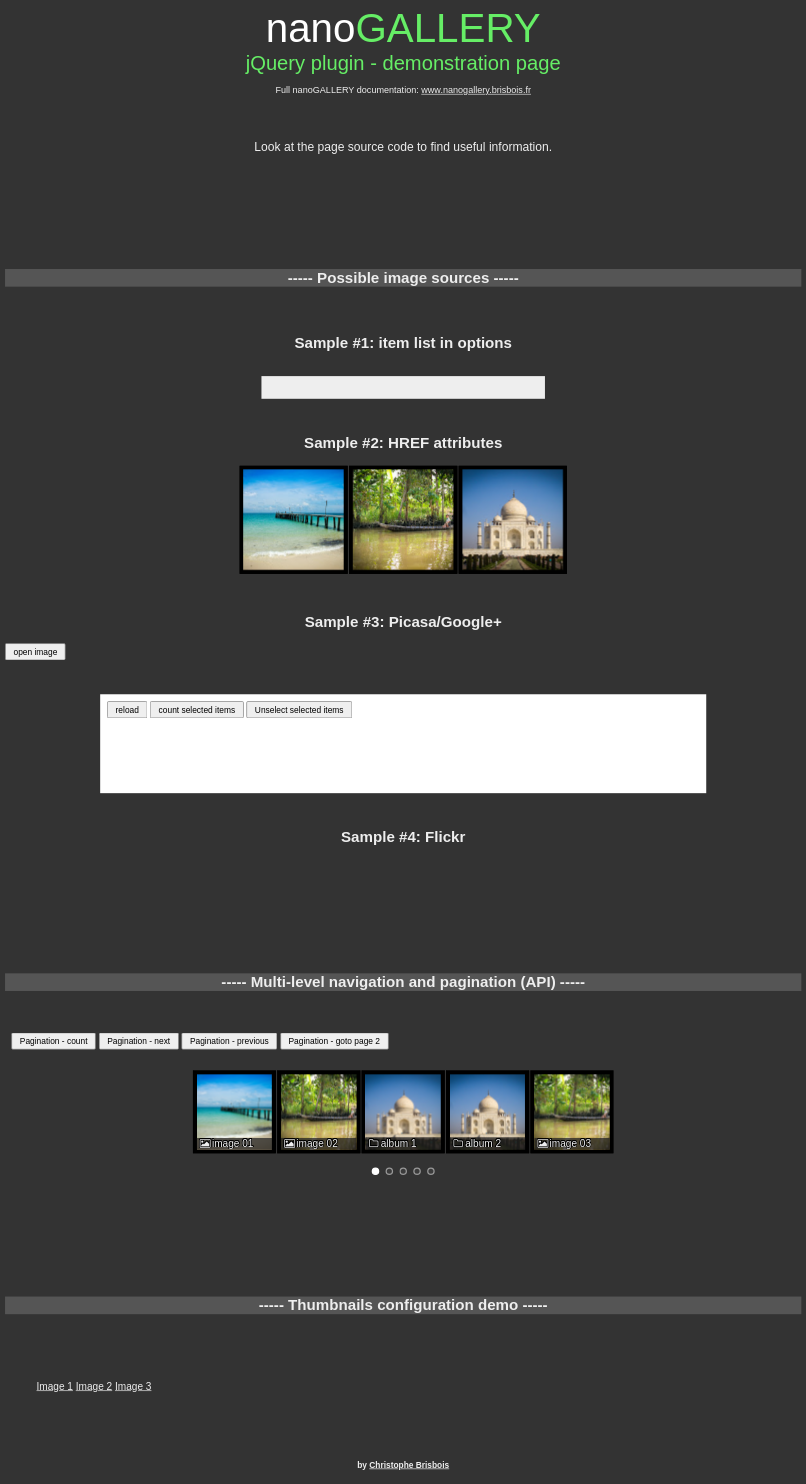
Repository: youwin1234/workspace
Page: nanoGALLERY-5.9.1/demonstration.1.html
The author's editor kept a record of every edit. The page is drawn from the files as they stood at one moment, then again after the next edit.
The browser window is 1280 px wide. The pictures show the whole page, at 63% of full size.

Above is the page before.
Console error: TypeError: jQuery(...).nanoGalleryDemo is not a function

### nanoGALLERY-5.9.1/demonstration.1.html
<!DOCTYPE html PUBLIC "-//W3C//DTD XHTML 1.0 Strict//EN" "http://www.w3.org/TR/xhtml1/DTD/xhtml1-strict.dtd">
<html>

<head>
  <title>nanoGALLERY</title>
	<style>
		* {font-family: sans-serif; color:#fff;}
		a, h1, h2, h3, h4, h5 {text-align:center; color:#eee;}
		body {background:#333;}
	</style>



  <!-- nanoGALLERY                                                                                                          -->
  <!-- Plugin for jQuery by Christophe Brisbois                                                                             -->
  <!-- Demo & doc: http://nanogallery.brisbois.fr                                                                           -->
  <!-- Sources: https://github.com/Kris-B/nanoGALLERY                                                                       -->
  <!-- License: For personal, non-profit organizations, or open source projects, you may use nanoGALLERY for free.          -->
  <!-- -------- ALL OTHER USES REQUIRE THE PURCHASE OF A PROFESSIONAL LICENSE.                                              -->


  <!-- #################################################################################################################### -->
  <!-- jQuery                                                                                                               -->
  <!--                                                                                                                      -->
  <script type="text/javascript" src="third.party/jquery-1.7.1.min.js"></script>
  <!-- <script src="http://ajax.googleapis.com/ajax/libs/jquery/1.7.1/jquery.min.js"></script>  -->
  <!-- <script src="http://ajax.googleapis.com/ajax/libs/jquery/2.1.1/jquery.min.js"></script>  -->
  <!-- #################################################################################################################### -->


  <!-- #################################################################################################################### -->
  <!-- nanoGALLERY CSS files                                                                                                -->
  <!-- only include the css file corresponding to the selected theme                                                        -->
  <!-- include 'nanogallery.css' if no theme is specified                                                                   -->
  <!--                                                                                                                      -->
	<!-- nanoGALLERY - default theme css file                                                                                 -->
	<link href="css/nanogallery.css" rel="stylesheet" type="text/css">

  <!-- #################################################################################################################### -->

  <!-- #################################################################################################################### -->
	<!-- nanoGALLERY javascript                                                                                               -->
  <!--                                                                                                                      -->
	<script type="text/javascript" src="jquery.nanogallery.js"></script>
  <!--                                                                                                                      -->
  <!-- #################################################################################################################### -->





  	<script>
		$(document).ready(function () {





      // ##################################################################################################################
			// ##### Sample2 - inline elements / HREF #####
      // ##################################################################################################################
 			jQuery("#nanoGallery2").nanoGallery({thumbnailWidth:160,thumbnailHeight:160,
				itemsBaseURL:'demonstration',
				thumbnailHoverEffect:[{'name':'scaleLabelOverImage','duration':300},{'name':'borderLighter'}],
				colorScheme:'clean',
        locationHash: false,
				thumbnailLabel:{display:true,position:'overImageOnTop', align:'center'},
        viewerDisplayLogo:true
			});






      // ##################################################################################################################
			// ##### Multi-level navigation (API method) #####
      // ##################################################################################################################
			var contentGalleryMLN=[
				{
					src: 'image_01.jpg',		// image url
					srct: 'image_01ts.jpg',	// thumbnail url
					title: 'image 01', 						        // thumbnail title
					ID:2
				},
				{ src: 'image_02.jpg', srct: 'image_02ts.jpg', title: 'image 02',
					ID:3 },
				{ src: 'image_03.jpg', srct: 'image_03ts.jpg', title: 'album 1',
					ID:103,	kind:'album' },
				{	src: 'image_03.jpg', srct: 'image_03ts.jpg', title: 'album 2',
					ID:104,	kind:'album' },
				{	src: 'image_03.jpg', srct: 'image_03ts.jpg', title: 'album 3',
					ID:105, albumID:103,	kind:'album' },
				{ src: 'image_02.jpg', srct: 'image_02ts.jpg', title: 'image 03',
          ID:4 },
				{ src: 'image_02.jpg', srct: 'image_02ts.jpg', title: 'image 04',
          ID:5 },
				{ src: 'image_02.jpg', srct: 'image_02ts.jpg', title: 'image 05',
          ID:6 },
				{ src: 'image_02.jpg', srct: 'image_02ts.jpg', title: 'image 06',
          ID:7 },
				{ src: 'image_02.jpg', srct: 'image_02ts.jpg', title: 'image 07',
          ID:8 },
				{ src: 'image_02.jpg', srct: 'image_02ts.jpg', title: 'image 08',
          ID:9 },
				{ src: 'image_02.jpg', srct: 'image_02ts.jpg', title: 'image 09',
          ID:10 },
				{ src: 'image_02.jpg', srct: 'image_02ts.jpg', title: 'image 10',
          ID:11 },
				{ src: 'image_02.jpg', srct: 'image_02ts.jpg', title: 'image 10',
          ID:12 },
				{ src: 'image_02.jpg', srct: 'image_02ts.jpg', title: 'image 11',
          ID:13 },
				{ src: 'image_02.jpg', srct: 'image_02ts.jpg', title: 'image 12',
          ID:14 },
				{ src: 'image_02.jpg', srct: 'image_02ts.jpg', title: 'image 13',
          ID:15 },
				{ src: 'image_02.jpg', srct: 'image_02ts.jpg', title: 'image 14',
          ID:16 },
				{ src: 'image_02.jpg', srct: 'image_02ts.jpg', title: 'image 15',
          ID:17 },
				{ src: 'image_02.jpg', srct: 'image_02ts.jpg', title: 'image 16',
          ID:18 },
				{ src: 'image_02.jpg', srct: 'image_02ts.jpg', title: 'image 17',
          ID:19 },
				{ src: 'image_02.jpg', srct: 'image_02ts.jpg', title: 'image 18',
          ID:20 },
				{ src: 'image_02.jpg', srct: 'image_02ts.jpg', title: 'image 19',
          ID:21 },
				{ src: 'image_02.jpg', srct: 'image_02ts.jpg', title: 'image 20',
          ID:22 },
				{ src: 'image_03.jpg', srct: 'image_03ts.jpg', title: 'image 1a',
					ID:23, albumID:103	},
				{	src: 'image_03.jpg', srct: 'image_03ts.jpg', title: 'image 1b',
					ID:24, albumID:103	},
				{	src: 'image_03.jpg', srct: 'image_03ts.jpg', title: 'image 1c',
					ID:25, albumID:103	},
				{	src: 'image_03.jpg', srct: 'image_03ts.jpg', title: 'image 1d',
					ID:26, albumID:103	},
				{	src: 'image_03.jpg', srct: 'image_03ts.jpg', title: 'image 1e',
					ID:27, albumID:103 },
				{	src: 'image_03.jpg', srct: 'image_03ts.jpg', title: 'image 1f',
					ID:28, albumID:103	},
				{	src: 'image_03.jpg', srct: 'image_03ts.jpg', title: 'image 2a',
					ID:29, albumID:104	},
				{	src: 'image_03.jpg', srct: 'image_03ts.jpg', title: 'image 2b',
					ID:30, albumID:104	},
				{	src: 'image_03.jpg', srct: 'image_03ts.jpg', title: 'image 2c',
					ID:31, albumID:104	},
				{	src: 'image_03.jpg', srct: 'image_03ts.jpg', title: 'image 2d',
					ID:32, albumID:104	},
				{	src: 'image_03.jpg', srct: 'image_03ts.jpg', title: 'image 2e',
					ID:33, albumID:104	},
				{	src: 'image_03.jpg', srct: 'image_03ts.jpg', title: 'image 2f',
					ID:34, albumID:104	},
				{	src: 'image_03.jpg', srct: 'image_03ts.jpg', title: 'image 2g',
					ID:35, albumID:104	},
				{	src: 'image_03.jpg', srct: 'image_03ts.jpg', title: 'image 2h',
					ID:36, albumID:104	},
				{	src: 'image_03.jpg', srct: 'image_03ts.jpg', title: 'image 2i',
					ID:37, albumID:104	},
				{	src: 'image_03.jpg', srct: 'image_03ts.jpg', title: 'image 2j',
					ID:38, albumID:104	},
				{	src: 'image_03.jpg', srct: 'image_03ts.jpg', title: 'image 2k',
					ID:39, albumID:104	},
				{	src: 'image_03.jpg', srct: 'image_03ts.jpg', title: 'image 2l',
					ID:40, albumID:104	},
				{	src: 'image_03.jpg', srct: 'image_03ts.jpg', title: 'image 2m',
					ID:41, albumID:104	},
				{	src: 'image_03.jpg', srct: 'image_03ts.jpg', title: 'image 2n',
					ID:42, albumID:104	},
				{	src: 'image_03.jpg', srct: 'image_03ts.jpg', title: 'image 2o',
					ID:43, albumID:104	},
				{	src: 'image_03.jpg', srct: 'image_03ts.jpg', title: 'image 2n',
					ID:44, albumID:105	},
				{	src: 'image_03.jpg', srct: 'image_03ts.jpg', title: 'image 2n',
					ID:45, albumID:105	},
				{	src: 'image_03.jpg', srct: 'image_03ts.jpg', title: 'image 2o',
					ID:46, albumID:105	}
        ];

			jQuery("#nanoGalleryMLN").nanoGallery({thumbnailWidth:120,thumbnailHeight:120,
				items:contentGalleryMLN,
				//paginationMaxItemsPerPage:3,
				paginationMaxLinesPerPage:1,
				thumbnailHoverEffect:'imageInvisible,imageScale150',
        viewerDisplayLogo:true,
				useTags:false,
        locationHash:false,
        breadcrumbAutoHideTopLevel:true,
        maxItemsPerLine:5,
        locationHash: false,
        paginationDots : true,
        itemsBaseURL:'demonstration/'
			});

      jQuery('#btnPaginationCount').on('click', function() {
        alert(jQuery('#nanoGalleryMLN').nanoGallery('paginationCountPages'));
      });
      jQuery('#btnPaginationNext').on('click', function() {
        jQuery('#nanoGalleryMLN').nanoGallery('paginationNextPage');
      });
      jQuery('#btnPaginationPrevious').on('click', function() {
        jQuery('#nanoGalleryMLN').nanoGallery('paginationPreviousPage');
      });
      jQuery('#btnPaginationGoto').on('click', function() {
        jQuery('#nanoGalleryMLN').nanoGallery('paginationGotoPage',2);
      });

      // ##################################################################################################################
			// ##### DEMO PANEL #####
      // ##################################################################################################################
 			jQuery("#nanoGalleryAnimation1").nanoGalleryDemo({thumbnailWidth:120, thumbnailHeight:120, itemsBaseURL:'demonstration',
        viewerDisplayLogo:true
			});


		});
	</script>

</head>

<!-- <body style="background-color:#fff;"> -->
<body>

	<div style="color:#fff;text-align:center;font-size:4.0em;"><span style="color:#fff;">nano</span><span style="color:#6e6;">GALLERY</span></div>
	<div style="text-align:center;font-size:2em;color:#6e6">jQuery plugin - demonstration page</div>
	<div style="color:#eee;text-align:center;font-size:.9em;"><br>Full nanoGALLERY documentation: <a href="http://www.nanogallery.brisbois.fr">www.nanogallery.brisbois.fr</a></div>
	<br><br><br><br>
	<div style="color:#eee;text-align:center;font-size:1.2em;">Look at the page source code to find useful information.</div>

	<br><br><br><br><br><br><br><br><br>
	<h2 style="background:#555;">----- Possible image sources -----</h2>

	<br><br><h2>Sample #1: item list in options</h2>
	<div id="nanoGallery1"></div>
	<br>
	<div style="background:#eee;padding:'10px';margin:auto;max-width:450px;">
		<br>
		<div id="nanoGallery1a"></div>
		<br>
	</div>

	<br><br><h2>Sample #2: HREF attributes</h2>
	<div id="nanoGallery2">
		<a href="image_01.jpg" data-ngthumb="image_01ts.jpg" data-ngdesc="Lorem ipsum dolor sit amet, consectetur adipiscing elit. Proin sit amet interdum magna. Nunc luctus leo ut blandit tempor. Suspendisse at auctor lorem, sed hendrerit arcu.">Thailand</a>
		<a href="image_02.jpg" data-ngthumb="image_02ts.jpg" data-ngdesc="Lorem ipsum dolor sit amet, consectetur adipiscing elit.">Vietnam</a>
		<a href="image_03.jpg" data-ngthumb="image_03ts.jpg" data-ngdesc="" data-customdata='{"a":"1", "b":"2"}'>India</a>
	</div>

	<br><br><h2>Sample #3: Picasa/Google+</h2>
	<!-- <div style="margin:auto;max-width:960px;"> -->
  <button id="btnPicasaOpen" "type="button" style="color:#000;padding:4px;">&nbsp; open image &nbsp;</button>
	<div>
		<div id="nanoGallery3"></div>
	</div>
  <br><br><br>
	<div style="margin:auto;max-width:960px;background:#fff;color:#f00;padding:1px;">
    <div style="margin:10px;">
      <button id="btnReload" "type="button" style="color:#000;padding:4px;">&nbsp; reload &nbsp;</button>
      <button id="btnCountSelected" "type="button" style="color:#000;padding:4px;">&nbsp; count selected items &nbsp;</button>
      <button id="btnUnselect" "type="button" style="color:#000;padding:4px;">&nbsp; Unselect selected items &nbsp;</button>
    </div>
		<br><br><br>
    <div id="nanoGallery3a"></div>
    <br><br><br>
	</div>

	<br><br><h2>Sample #4: Flickr</h2>
	<div style="margin:auto;max-width:600px;">
		<div id="nanoGallery4"></div>
	</div>


	<br><br><br><br><br><br><br><br><br>
	<h2 style="background:#555;">----- Multi-level navigation and pagination (API) -----</h2><br><br>
    <div style="margin:10px;">
      <button id="btnPaginationCount" "type="button" style="color:#000;padding:4px;">&nbsp; Pagination - count &nbsp;</button>
      <button id="btnPaginationNext" "type="button" style="color:#000;padding:4px;">&nbsp; Pagination - next &nbsp;</button>
      <button id="btnPaginationPrevious" "type="button" style="color:#000;padding:4px;">&nbsp; Pagination - previous &nbsp;</button>
      <button id="btnPaginationGoto" "type="button" style="color:#000;padding:4px;">&nbsp; Pagination - goto page 2 &nbsp;</button>
    </div>
	<div id="nanoGalleryMLN"></div>


	<br><br><br><br><br><br><br><br><br>
	<h2 style="background:#555;">----- Thumbnails configuration demo -----</h2><br><br>

	<div id="nanoGalleryAnimation1" style="margin:50px">
    <a href="image_01.jpg" data-ngThumb="image_01ts.jpg" data-ngDesc="Lorem ipsum dolor sit amet, consectetur adipiscing elit.">Image 1</a>
    <a href="image_02.jpg" data-ngThumb="image_02ts.jpg">Image 2</a>
    <a href="image_03.jpg" data-ngThumb="image_03ts.jpg">Image 3</a>
  </div>


	<br><br><h5>by <a href="https://plus.google.com/111186676244625461692?rel=author">Christophe Brisbois</a></h5>
</body>
</html>

Loaded but not shown: nanoGALLERY-5.9.1/third.party/jquery-1.7.1.min.js (library); nanoGALLERY-5.9.1/jquery.nanogallery.js (library); nanoGALLERY-5.9.1/css/nanogallery.css (1057 lines, source omitted)

After the next edit:
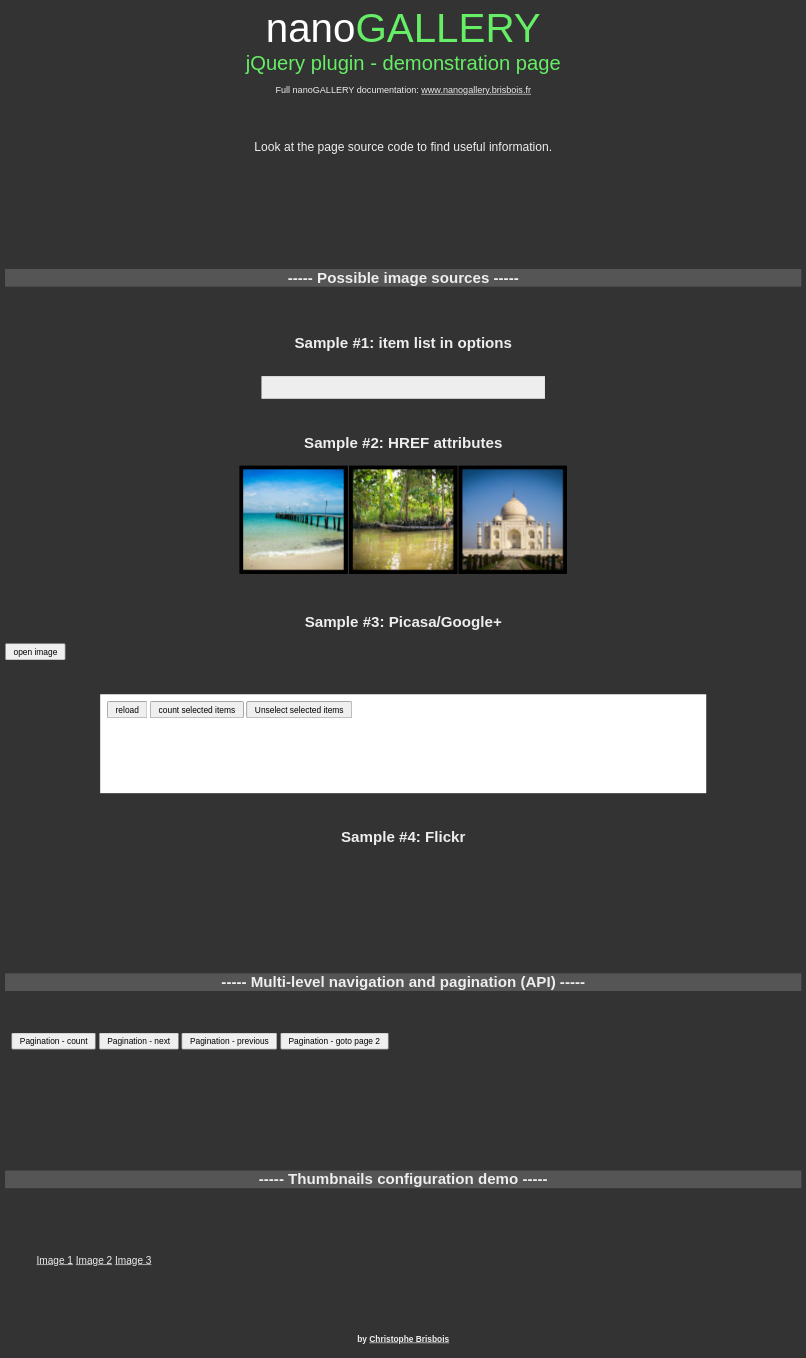
The edit:
--- a/nanoGALLERY-5.9.1/demonstration.1.html
+++ b/nanoGALLERY-5.9.1/demonstration.1.html
@@ -179,33 +179,8 @@
 					ID:46, albumID:105	}
         ];
 
-			jQuery("#nanoGalleryMLN").nanoGallery({thumbnailWidth:120,thumbnailHeight:120,
-				items:contentGalleryMLN,
-				//paginationMaxItemsPerPage:3,
-				paginationMaxLinesPerPage:1,
-				thumbnailHoverEffect:'imageInvisible,imageScale150',
-        viewerDisplayLogo:true,
-				useTags:false,
-        locationHash:false,
-        breadcrumbAutoHideTopLevel:true,
-        maxItemsPerLine:5,
-        locationHash: false,
-        paginationDots : true,
-        itemsBaseURL:'demonstration/'
-			});
-
-      jQuery('#btnPaginationCount').on('click', function() {
-        alert(jQuery('#nanoGalleryMLN').nanoGallery('paginationCountPages'));
-      });
-      jQuery('#btnPaginationNext').on('click', function() {
-        jQuery('#nanoGalleryMLN').nanoGallery('paginationNextPage');
-      });
-      jQuery('#btnPaginationPrevious').on('click', function() {
-        jQuery('#nanoGalleryMLN').nanoGallery('paginationPreviousPage');
-      });
-      jQuery('#btnPaginationGoto').on('click', function() {
-        jQuery('#nanoGalleryMLN').nanoGallery('paginationGotoPage',2);
-      });
+
+
 
       // ##################################################################################################################
 			// ##### DEMO PANEL #####
